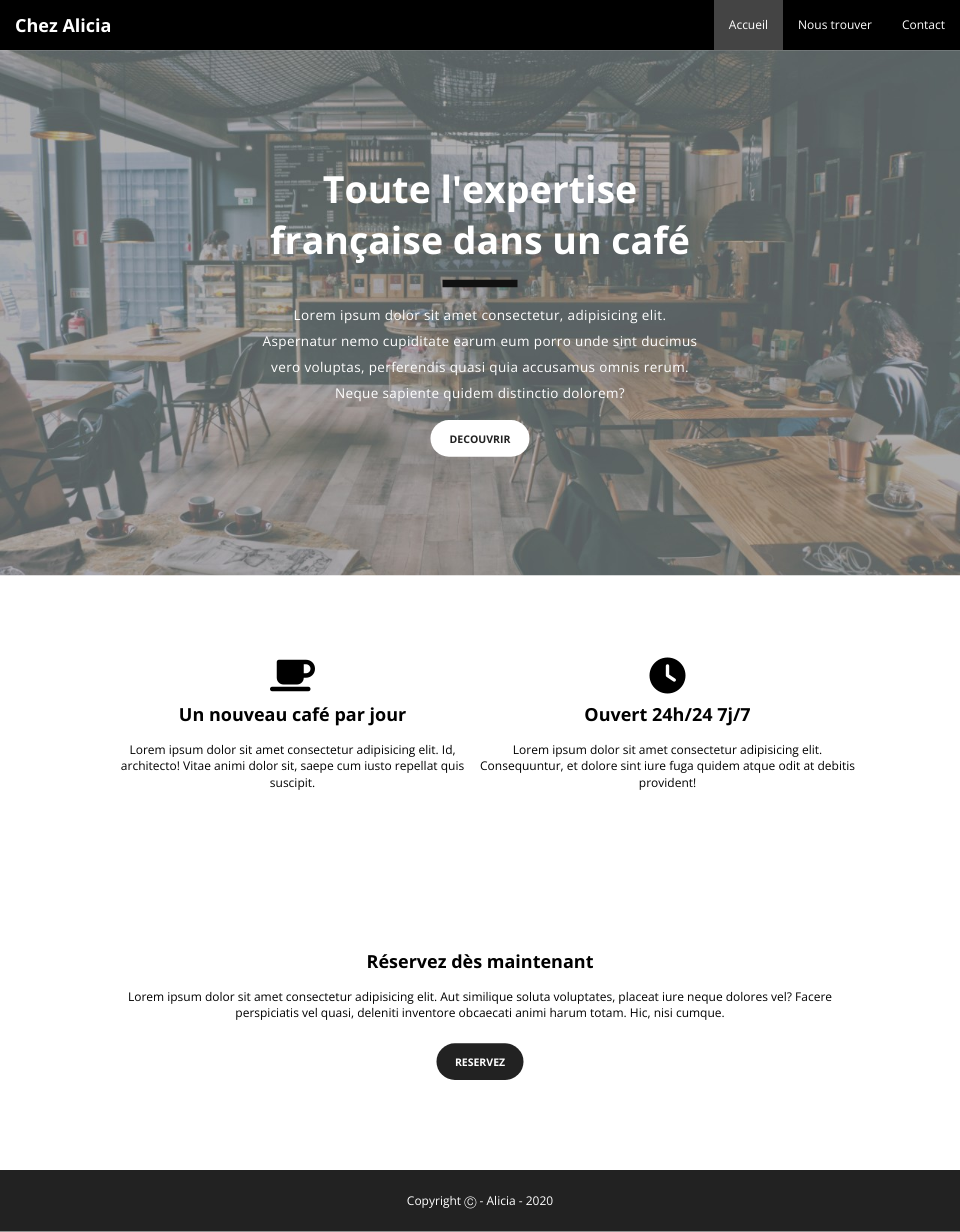
Repository: Hiliyeh/static-coffee
Page: index.html
An editor plug-in stored every save of this project. The page is shown before and after the next save, followed by the edit.
The browser window is 1280 px wide. The pictures show the whole page, at 75% of full size.
Pictures or frames that could not be fetched are drawn as grey boxes. Some web libraries are served in a nearby version.

Above is the page before, as saved 2020-05-02 19:42:45.

After the next save:
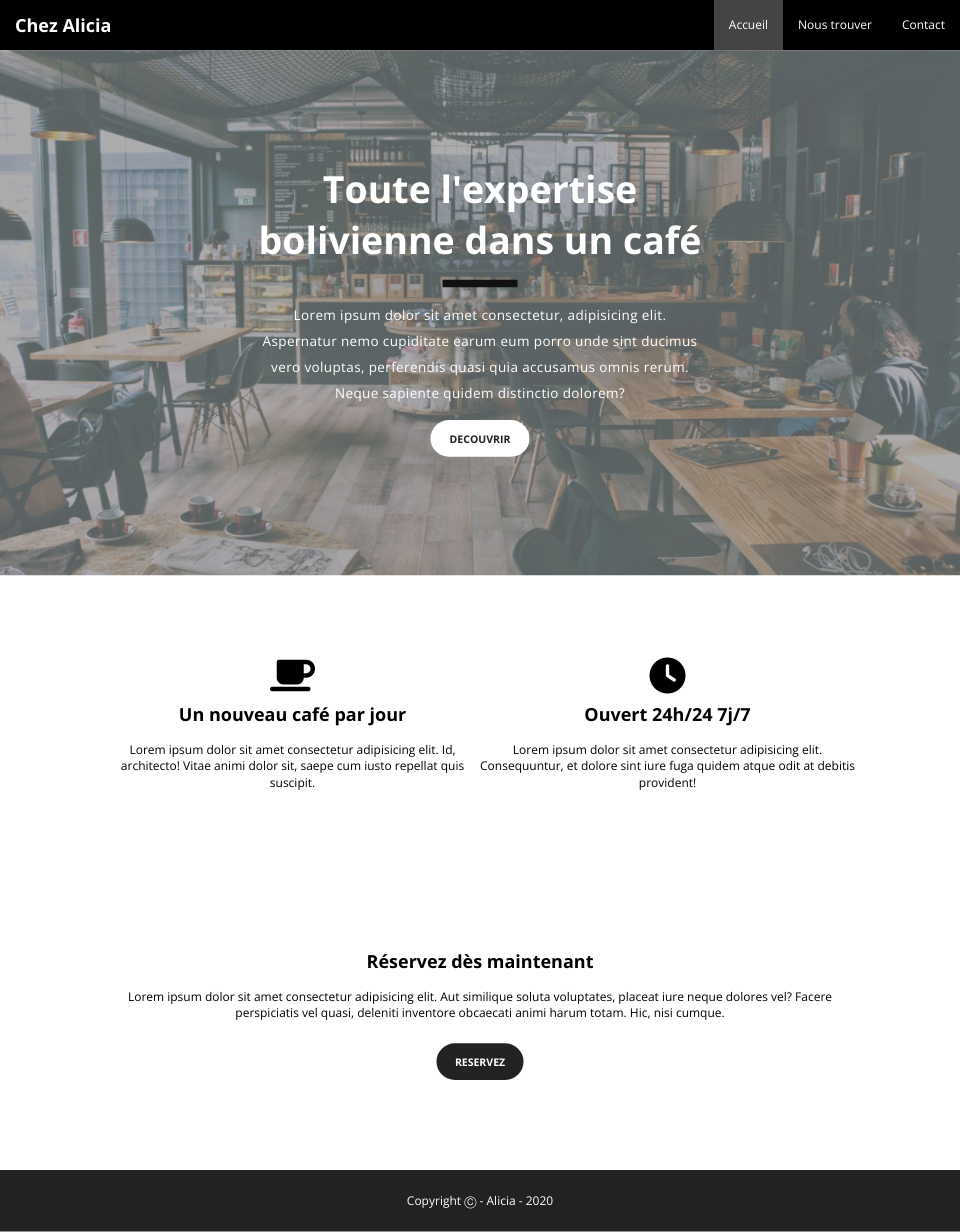
Saved 99 s later.
--- a/index.html
+++ b/index.html
@@ -28,7 +28,7 @@
     </header>
     <section class="vp">
       <div class="vp-content">
-        <h1>Toute l'expertise française dans un café</h1>
+        <h1>Toute l'expertise bolivienne dans un café</h1>
         <div class="separator"></div>
         <p>
           Lorem ipsum dolor sit amet consectetur, adipisicing elit. Aspernatur
